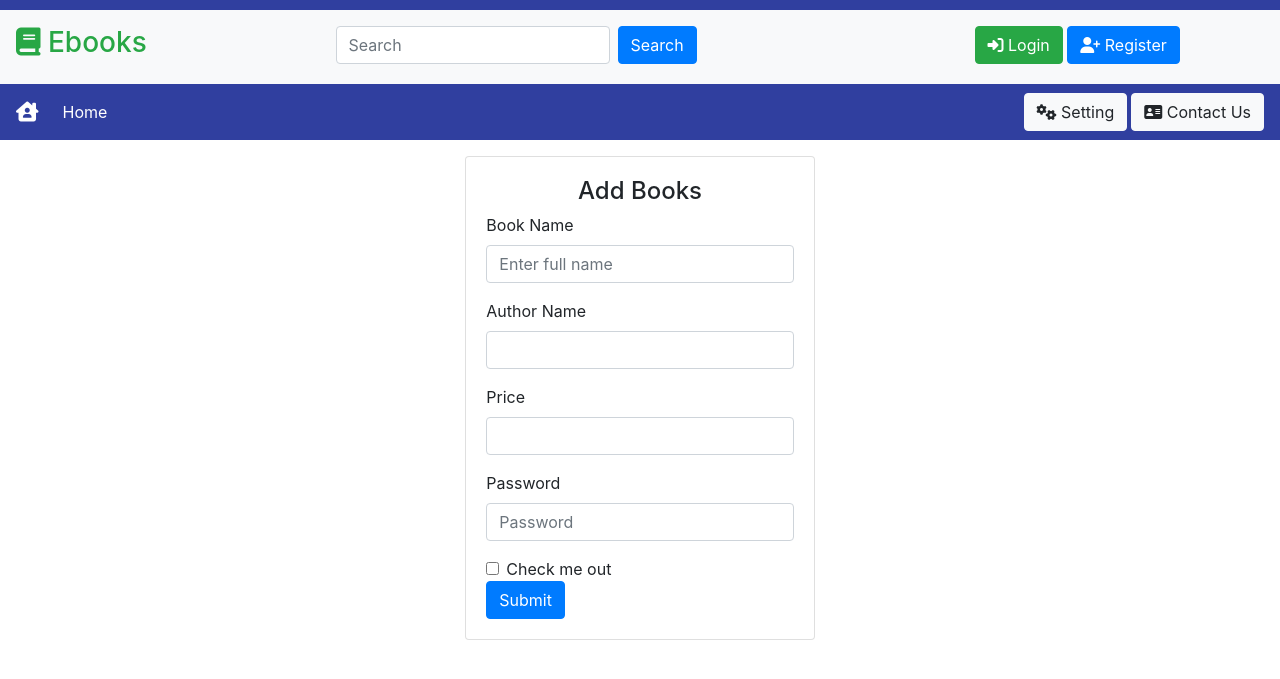
Repository: chittaranjan24/E-Books_Management_System
Page: http://localhost/Ebook-App/admin/add-books.jsp
An editor plug-in stored every save of this project. The page is shown before and after the next save, followed by the edit.
The browser window is 1280 px wide. The pictures show the whole page.
Some web libraries are served in a nearby version. The page is served by Tomcat 9. Other server files are loaded and not shown.

Above is the page before, as saved 2023-08-26 18:35:28.

### Ebook-App/src/main/webapp/admin/add-books.jsp
<%@ page language="java" contentType="text/html; charset=ISO-8859-1"
	pageEncoding="ISO-8859-1"%>
<!DOCTYPE html>
<html>
<head>
<meta charset="ISO-8859-1">
<title>Admin: Add Books</title>
<%@include file="allCss.jsp"%>
</head>
<body>
	<%@include file="navbar.jsp"%>

	<div class="container p-3">
		<div class="row">
			<div class="col-md-4  offset-md-4">
				<div class="card">
					<div class="card-body">

						<h4 class="text-center ">Add Books</h4>

						<form action="../AdminAddBookServlet" method="post"
							enctype="multipart/form-data">

							<div class="form-group">
								<label for="exampleInputEmail1">Book Name</label> <input
									type="text" class="form-control" id="exampleInputEmail1"
									aria-describedby="emailHelp" placeholder="Enter full name"
									required="required" name="bname">
							</div>

							<div class="form-group">
								<label for="exampleInputEmail1">Author Name</label> <input
									type="text" class="form-control" id="exampleInputEmail1"
									aria-describedby="emailHelp" required="required" name="author">
							</div>

							<div class="form-group">
								<label for="exampleInputEmail1">Price</label> <input
									type="number" class="form-control" id="exampleInputEmail1"
									aria-describedby="emailHelp" required="required" name="price">
							</div>

							<div class="form-group">
								<label for="exampleInputPassword1">Password</label> <input
									type="password" class="form-control" id="exampleInputPassword1"
									placeholder="Password" required="required" name="password">
							</div>
							<div class="form-check">
								<input type="checkbox" class="form-check-input" name="check"
									id="exampleCheck1"> <label class="form-check-label"
									for="exampleCheck1">Check me out</label>
							</div>
							<button type="submit" class="btn btn-primary">Submit</button>
						</form>

					</div>
				</div>
			</div>
		</div>
	</div>

</body>
</html>

### Ebook-App/src/main/webapp/admin/allCss.jsp
<link rel="stylesheet"
	href="https://cdn.jsdelivr.net/npm/bootstrap@4.0.0/dist/css/bootstrap.min.css"
	integrity="sha384-Gn5384xqQ1aoWXA+058RXPxPg6fy4IWvTNh0E263XmFcJlSAwiGgFAW/dAiS6JXm"
	crossorigin="anonymous">


<script src="https://code.jquery.com/jquery-3.2.1.slim.min.js"
	integrity="sha384-KJ3o2DKtIkvYIK3UENzmM7KCkRr/rE9/Qpg6aAZGJwFDMVNA/GpGFF93hXpG5KkN"
	crossorigin="anonymous"></script>
<script
	src="https://cdn.jsdelivr.net/npm/popper.js@1.12.9/dist/umd/popper.min.js"
	integrity="sha384-ApNbgh9B+Y1QKtv3Rn7W3mgPxhU9K/ScQsAP7hUibX39j7fakFPskvXusvfa0b4Q"
	crossorigin="anonymous"></script>
<script
	src="https://cdn.jsdelivr.net/npm/bootstrap@4.0.0/dist/js/bootstrap.min.js"
	integrity="sha384-JZR6Spejh4U02d8jOt6vLEHfe/JQGiRRSQQxSfFWpi1MquVdAyjUar5+76PVCmYl"
	crossorigin="anonymous"></script>


<link rel="stylesheet"
	href="https://cdnjs.cloudflare.com/ajax/libs/font-awesome/6.4.2/css/all.min.css"
	integrity="sha512-z3gLpd7yknf1YoNbCzqRKc4qyor8gaKU1qmn+CShxbuBusANI9QpRohGBreCFkKxLhei6S9CQXFEbbKuqLg0DA=="
	crossorigin="anonymous" referrerpolicy="no-referrer" />


<link rel="stylesheet" href="style.css">

### Ebook-App/src/main/webapp/admin/navbar.jsp

<div class="container-fluid"
	style="height: 10px; background-color: #303f9f"></div>

<div class="container-fluid p-3 bg-light">
	<div class="row">
		<div class="col-md-3 text-success">
			<h3>
				<i class="fa-solid fa-book"></i> Ebooks
			</h3>
		</div>
		<div class="col-md-6">
			<form class="form-inline my-2 my-lg-0">
				<input class="form-control mr-sm-2" type="search"
					placeholder="Search" aria-label="Search">
				<button class="btn btn-primary my-2 my-sm-0" type="submit">Search</button>
			</form>
		</div>

		<div class="col-md-3">
			<a href="login.jsp" class="btn btn-success"><i
				class="fa-solid fa-right-to-bracket"></i> Login</a> <a
				href="register.jsp" class="btn btn-primary text-white"><i
				class="fa-solid fa-user-plus"></i> Register</a>
		</div>

	</div>
</div>


<nav class="navbar navbar-expand-lg navbar-dark bg-custom">
	<a class="navbar-brand" href="#"> <i
		class="fa-solid fa-house-chimney-user"></i>
	</a>
	<button class="navbar-toggler" type="button" data-toggle="collapse"
		data-target="#navbarSupportedContent"
		aria-controls="navbarSupportedContent" aria-expanded="false"
		aria-label="Toggle navigation">
		<span class="navbar-toggler-icon"></span>
	</button>

	<div class="collapse navbar-collapse" id="navbarSupportedContent">
		<ul class="navbar-nav mr-auto">
			<li class="nav-item active"><a class="nav-link" href="#">Home
					<span class="sr-only">(current)</span>
			</a></li>

		</ul>
		<form class="form-inline my-2 my-lg-0">

			<button class="btn btn-light my-2 my-sm-0" type="submit">
				<i class="fa-solid fa-gears"></i> Setting
			</button>
			<button class="btn btn-light my-2 my-sm-0 ml-1" type="submit">
				<i class="fa-solid fa-address-card"></i> Contact Us
			</button>

		</form>
	</div>
</nav>

### Ebook-App/src/main/webapp/admin/style.css
.bg-custom{
	background-color: #303f9f;
}

.navbar .nav-item:hover .nav-link {
	background-color: white;
	color: #303f9f;
	border-radius: 15px;
}

After the next save:
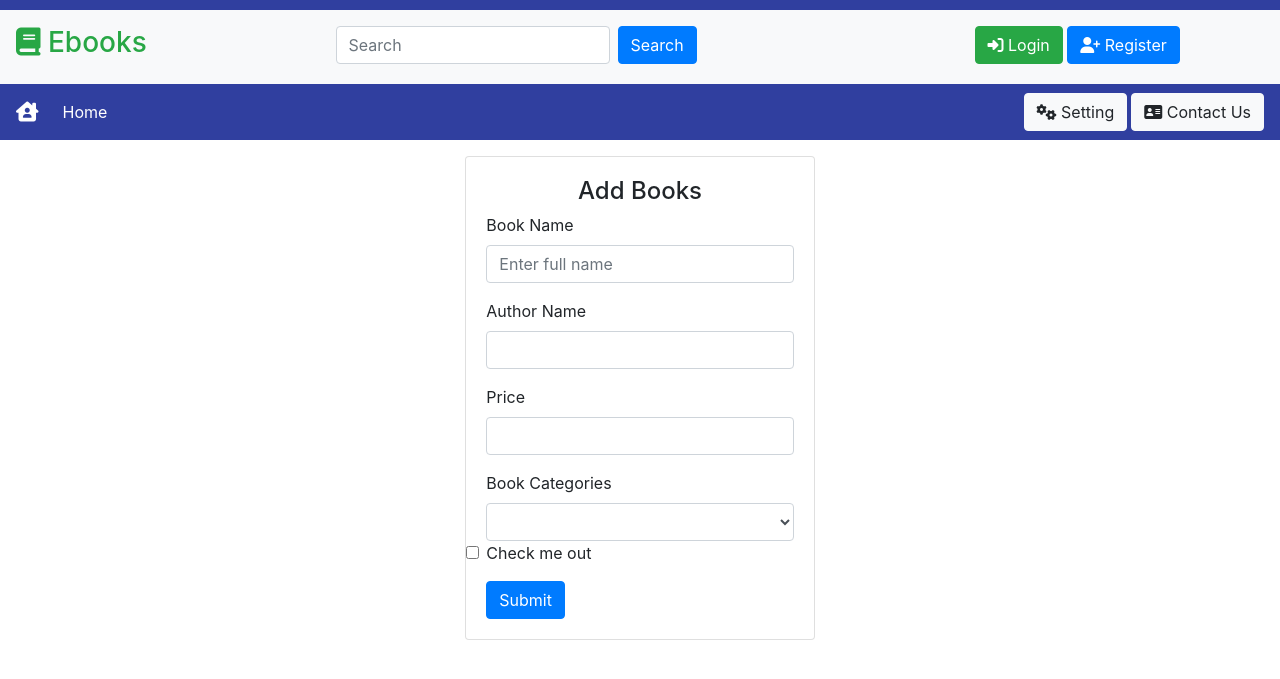
Saved 3 min 35 s later.
--- a/Ebook-App/src/main/webapp/admin/add-books.jsp
+++ b/Ebook-App/src/main/webapp/admin/add-books.jsp
@@ -41,9 +41,8 @@
 							</div>
 
 							<div class="form-group">
-								<label for="exampleInputPassword1">Password</label> <input
-									type="password" class="form-control" id="exampleInputPassword1"
-									placeholder="Password" required="required" name="password">
+								<label for="inputState">Book Categories</label> <select
+									id="inputState" class="form-control" name="btype">
 							</div>
 							<div class="form-check">
 								<input type="checkbox" class="form-check-input" name="check"
